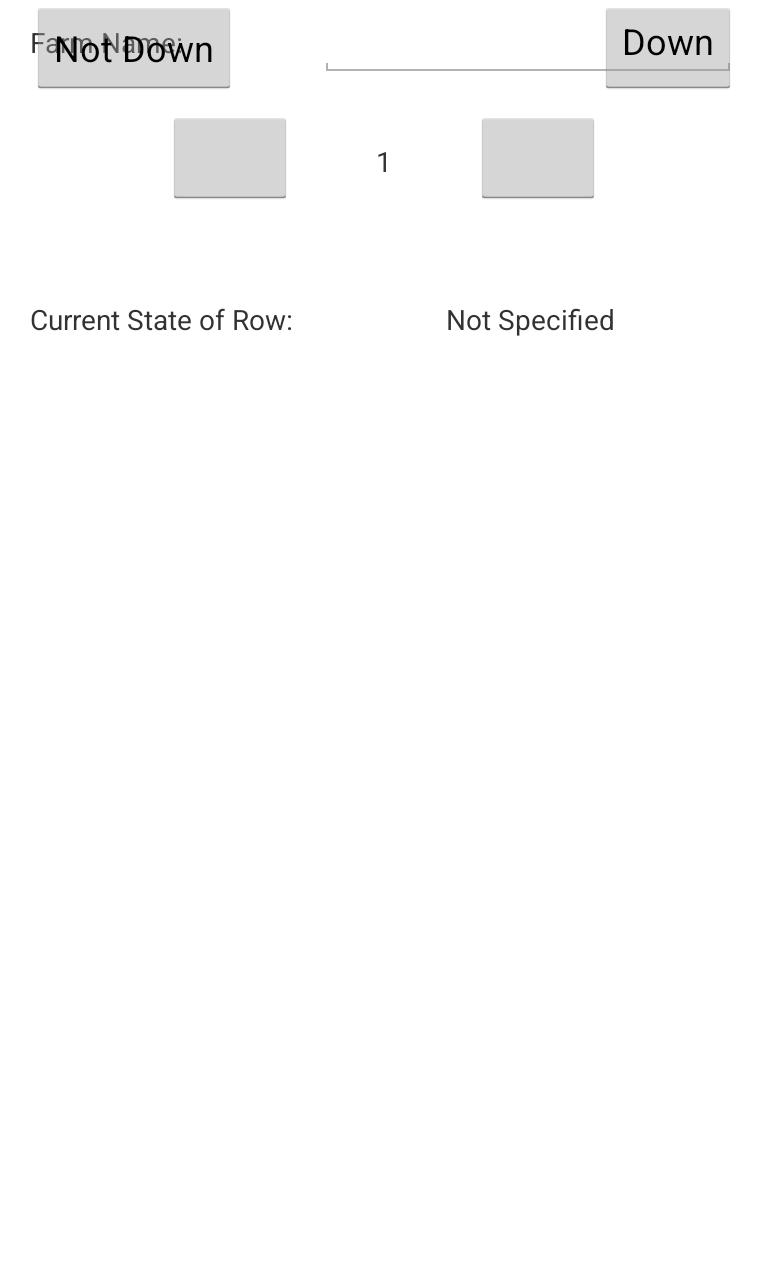
Repository: cokembel/FarmHand
Layout: FarmHand/res/layout/activity_main.xml
The author's editor kept a copy of each file at every save. The layout is drawn from the files as they stood at one save, then again after the next save.
It is drawn on a 768 x 1280 px phone screen (xhdpi) without system bars, with theme AppTheme; the app's code is not run.

Above is the layout before, as saved 2012-12-05 10:08:53.

After the next save:
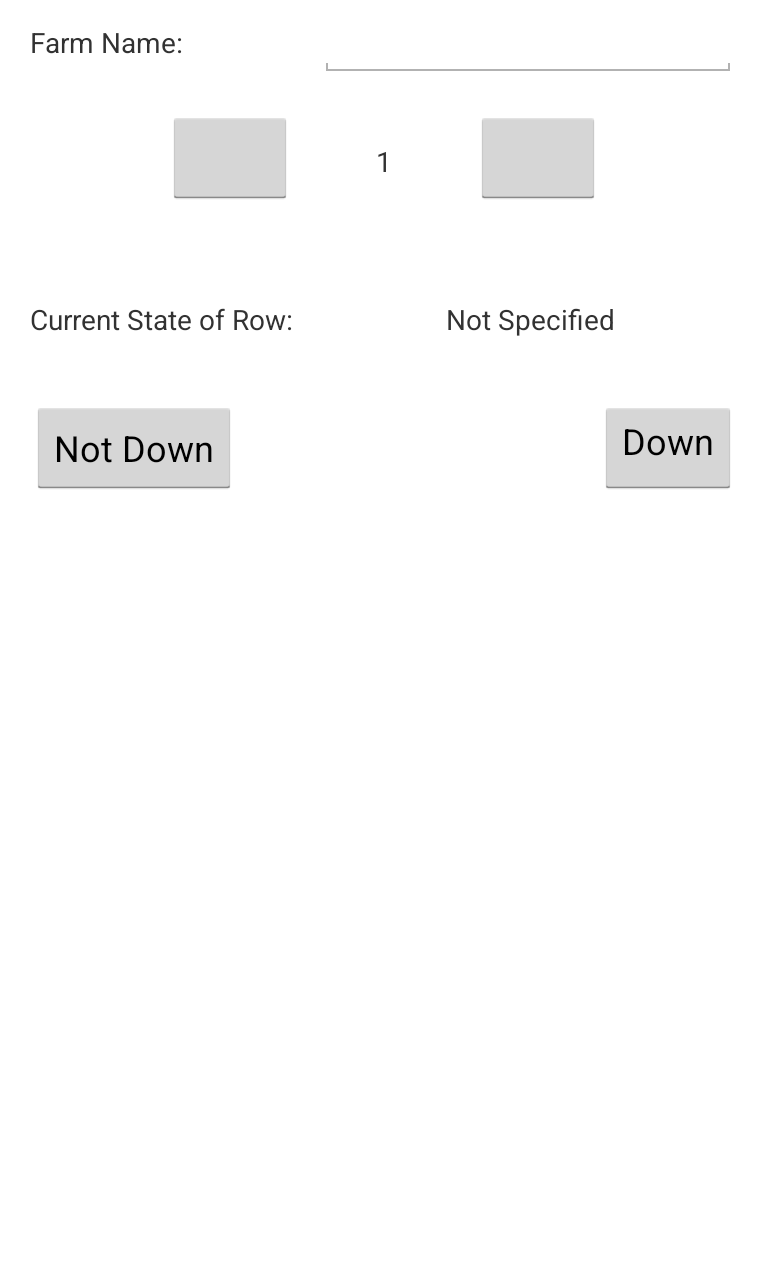
Saved 25 s later.
--- a/FarmHand/res/layout/activity_main.xml
+++ b/FarmHand/res/layout/activity_main.xml
@@ -77,7 +77,7 @@
                 android:layout_width="wrap_content"
                 android:layout_height="wrap_content"
                 android:layout_alignLeft="@+id/status_label"
-                android:layout_marginBottom="200dp"
+                android:layout_marginTop="200dp"
                 android:text="Not Down" />
 
             <Button
